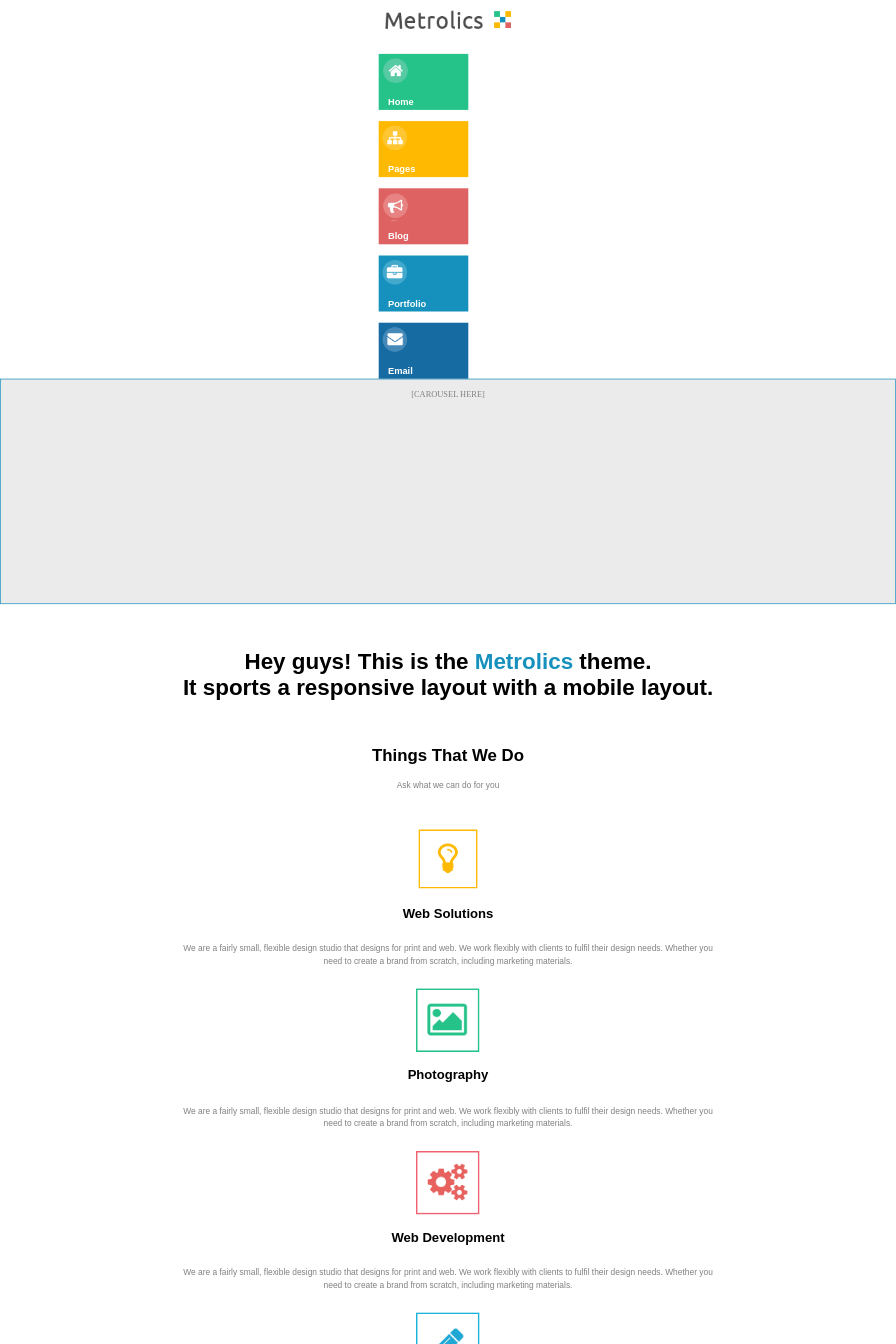
Repository: pjiang604/mdia2003-lab03b
Page: index.html
These files come from the project's save history. The page is drawn as it stood at one moment and after the next save; the edit follows.
The browser window is 1280 px wide. The pictures show the part of the page from y = 0 to 1920 px (the page is 4358 px tall), at 70% of full size.

Above is the page before, as saved 2023-02-05 03:17:39.

### index.html
<!DOCTYPE html>
<html lang="en">

<head>
    <meta charset="UTF-8">
    <meta http-equiv="X-UA-Compatible" content="IE=edge">
    <meta name="viewport" content="width=device-width, initial-scale=1.0">
    <title>Metrolics</title>
    <link rel="stylesheet" href="style.css">
    <link rel="preconnect" href="https://fonts.google.com/specimen/Ubuntu?query=ubuntu">
</head>

<body>
    <nav>
        <div class="nav row l-col-6-1 m-col-6-1 s-col-2-2">
            <div class="logoColumn">
                <img src="img/icons/logo.png" alt="logo" class="logo">
            </div>
            <a href="/">
                <div class="col navTab homeTab">
                    <img src="img/icons/home.png" class="navBarIcons">
                    <h5>Home</h5>
                </div>
            </a>
            <a href="/">
                <div class="col navTab pagesTab">
                    <img src="img/icons/pages.png" class="navBarIcons">
                    <h5> Pages</h5>
                </div>
            </a>
            <a href="/">
                <div class="col navTab blogTab">
                    <img src="img/icons/blog.png" class="navBarIcons">
                    <h5>Blog</h5>
                </div>
            </a>
            <a href="/">
                <div class="col navTab portfolioTab">
                    <img src="img/icons/portfolio.png" class="navBarIcons">
                    <h5>Portfolio</h5>
                </div>
            </a>
            <a href="/">
                <div class="col navTab emailTab">
                    <img src="img/icons/email.png" class="navBarIcons">
                    <h5>Email</h5>
                </div>
            </a>
            <div class="col hamburger">
                <p>[HAM MENU]</p>
            </div>
        </div>
    </nav>

    <div class="carousel ">
        <p>[CAROUSEL HERE]</p>
    </div>

    <main>
        <div class="tagLine">
            <h1>Hey guys! This is the <span class="metroColor">Metrolics</span> theme.<br> It sports a responsive layout
                with a mobile layout.</h1>
        </div>

        <div class="services-section">
            <div class="col headerMargin">
                <h2>Things That We Do</h2>
                <p>Ask what we can do for you</p>
            </div>
            <div class="row l-col-4-1 m-col-2-1 s-col-1-4">
                <div class="col card">
                    <img src="img/icons/lightbulb.PNG" class="serviceImg" alt="">
                    <h3>Web Solutions</h3>
                    <p>We are a fairly small, flexible design studio that designs for print and web. We work flexibly
                        with
                        clients to fulfil their design needs. Whether you need to create a brand from scratch, including
                        marketing materials.</p>
                </div>
                <div class="col card">
                    <img src="img/icons/photo.PNG" class="serviceImg" alt="">
                    <h3>Photography</h3>
                    <p>We are a fairly small, flexible design studio that designs for print and web. We work flexibly
                        with
                        clients to fulfil their design needs. Whether you need to create a brand from scratch, including
                        marketing materials.</p>

                </div>
                <div class="col card">
                    <img src="img/icons/gears.PNG" class="serviceImg" alt="">
                    <h3>Web Development</h3>
                    <p>We are a fairly small, flexible design studio that designs for print and web. We work flexibly
                        with
                        clients to fulfil their design needs. Whether you need to create a brand from scratch, including
                        marketing materials.</p>
                </div>
                <div class="col card">
                    <img src="img/icons/pencil.PNG" class="serviceImg" alt="">
                    <h3>Web Design</h3>
                    <p>We are a fairly small, flexible design studio that designs for print and web. We work flexibly
                        with
                        clients to fulfil their design needs. Whether you need to create a brand from scratch, including
                        marketing materials.</p>
                </div>
            </div>
        </div>
        <div class="recent-news headerMargin">
            <div class="col">
                <h2>What's up Lately?</h2>
                <p>Read up on our latest work</p>
            </div>
            <div class="row l-col-3-1 m-col-2-1 s-col-1-4">
                <div class="col">
                    <img src="img/content/pug.jpeg" class="image-post" alt="">
                </div>
                <div class="col">
                    <img src="img/content/cat.jpeg" class="image-post" alt="">
                </div>
                <div class="col">
                    <img src="img/content/pug.jpeg" class="image-post" alt="">
                </div>
                <div class="hidden-photo">
                    <img src="img/content/cat.jpeg" class="image-post" alt="">
                </div>
            </div>
        </div>
        <div class="latest-projects-section headerMargin">
            <div class="col">
                <h2>Our Latest Projects</h2>
                <p>Client happy? We are happy.</p>
            </div>
            <div class="row l-col-3-1 m-col-2-1 s-col-1-1">
                <div class="col">
                    <img src="img/content/cat.jpeg" class="image-post" alt="">
                </div>
                <div class="col">
                    <img src="img/content/pug.jpeg" class="image-post" alt="">
                </div>
                <div class="col">
                    <img src="img/content/cat.jpeg" class="image-post" alt="">
                </div>
                <div class="col">
                    <img src="img/content/pug.jpeg" class="image-post" alt="">
                </div>
                <div class="col">
                    <img src="img/content/cat.jpeg" class="image-post" alt="">
                </div>
                <div class="col">
                    <img src="img/content/pug.jpeg" class="image-post" alt="">
                </div>
            </div>
        </div>

        <div class="misc-section col headerMargin">
            <h2>Things of Above</h2>
            <p>Misc stuff we could not put anyplace else</p>
        </div>
        <div class="row accordion l-col-2-1 m-col-1-2 s-col-1-1">
            <div class="col">
                <p>[ACCORDION HERE]</p>
            </div>
            <div class="col">
                <p>[TABS HERE]</p>
            </div>
        </div>



        <div class="row companies l-col-5-1 m-col-5-1">
            <div class="company-col">
                <img src="img/logos/netbeanslogo.png" class="comp-logo" alt="">
            </div>
            <div class="company-col">
                <img src="img/logos/krita.png" class="comp-logo" alt="">
            </div>
            <div class="company-col">
                <img src="img/logos/scirra.png" class="comp-logo" alt="">
            </div>
            <div class="company-col">
                <img src="img/logos/blender.png" class="comp-logo" alt="">
            </div>
            <div class="company-col">
                <img src="img/logos/inkscape.png" class="comp-logo" alt="">
            </div>
        </div>
    </main>

    <footer>

        <div class="row l-col-2-4 m-col-2-4 s-col-2-1 author">
            <div class="headshot col">
                <img src="img/content/profilepic.jpeg" class="author-img" alt="">
            </div>
            <div class="about">
                <h4>Peewee Herman</h4>
                <p>Peewee has over 10 years expeience in the industry. He is our Creative Director, digital designer,
                    web designer and front-end developer. He is also pretty good with a sketch-book. Before starting the
                    company Peewee worked as a designer and studio manager for a design house who boasted a number of
                    big name clients.</p>
            </div>
        </div>

        <div class="footer-content row l-footer-grid m-row m-footer-grid">
            <div class="col about-socials">
                <h3 class="m-row-title">About Us</h3>
                <p class="m-row ">Lorem ipsum dolor sit amet consectetur adipisicing elit. Neque, illo! Deserunt quo
                    nostrum quaerat, cum dolores aut. Recusandae voluptates, nisi a explicabo, in autem vitae eius iste
                    temporibus dolorem corporis.</p>
                <div class="row social-icons l-col-5-1 m-col-5-1 s-col-5-1">
                    <img src="img/icons/facebook.png" class="social-img" alt="">
                    <img src="img/icons/g+.png" class="social-img" alt="">
                    <img src="img/icons/twitter.png" class="social-img" alt="">
                    <img src="img/icons/insta.svg" class="social-img" alt="">
                    <img src="img/icons/wifi.png" class="social-img" alt="">
                </div>
            </div>

            <div class="col flickr">
                <h3 class="flickr-photos">Flickr Photos</h3>
                <div class="row l-col-3-1 m-col-3-1">
                    <div class="col">
                        <img src="img/content/cat1.jpeg" class="flickr-img" alt="">
                    </div>
                    <div class="col">
                        <img src="img/content/cat2.jpeg" class="flickr-img" alt="">
                    </div>
                    <div class="col">
                        <img src="img/content/cat3.jpeg" class="flickr-img" alt="">
                    </div>
                    <div class="col">
                        <img src="img/content/cat2.jpeg" class="flickr-img" alt="">
                    </div>
                    <div class="col">
                        <img src="img/content/cat3.jpeg" class="flickr-img" alt="">
                    </div>
                    <div class="col">
                        <img src="img/content/cat1.jpeg" class="flickr-img" alt="">
                    </div>
                </div>
            </div>

            <div class="row live-social m-col">
                <div>
                    <h3 class="recent-tweets">Recent Tweets</h3>
                </div>
                <div>
                    <img src="img/content/tweet.webp" class="tweet-img" alt="">
                </div>
                <div>
                    <img src="img/content/tweet.webp" class="tweet-img" alt="">
                </div>
            </div>

            <div class="col newsletter">
                <div class="row m-col-1-1">
                    <h3 class="newsletter-title">Newsletter</h3>
                    <div class="col">
                        <p>Lorem ipsum, dolor sit amet consectetur adipisicing elit. Quam, iusto provident labore quos
                            ipsa
                            voluptas.</p>
                    </div>
                    <div class="col form">
                        <form action="">
                            <input type="email" id="email" placeholder="Enter your email...">
                            <button type="submit" class="news-btn"><img src="img/icons/paper-airplane.png"
                                    class="airplane-img" alt=""></button>
                        </form>
                    </div>

                </div>
            </div>
        </div>

        <div class="footer-decor">
            <div class="decor decor-green"></div>
            <div class="decor decor-yellow"></div>
            <div class="decor decor-red"></div>
            <div class="decor decor-l-blue"></div>
            <div class="decor decor-d-blue"></div>
        </div>

    </footer>

</body>



</html>

### style.css
:root {
    --green: #25c389;
    --yellow: #ffb901;
    --red: #de6262;
    --lightBlue: #1691bd;
    --darkBlue: #166ba2;
    --navy: #16242f;

    --padding-d: 0 20vw;
    --gap-d: 2em;

}



html {
    height: 100vh;
    width: 100vw;

}

body {
    width: 100vw;
    margin: 0;
}


.headerMargin {
    margin: 3em 0;
}

nav,
main {
    font-family: Ubuntu, sans-serif;
    font-weight: 300;
    text-decoration: none;
    text-align: center;
    justify-content: center;
    padding: var(--padding-d);
}



p {
    font-size: 12px;
    color: grey;
    line-height: 1.5em;
}

a {
    text-decoration: none;
}

.row {
    display: grid;
    row-gap: 1rem;
}

.col {
    position: relative;
}

/*Nav Bar*/

nav {
    display: flex;
    justify-content: center;
}

.hamburger {
    display: none;
}

.menu {
    display: none;
}

.display {
    background: lightgray;
    padding: 2em;
    line-height: 2em;
    display: contents;
}

.display>ul {
    list-style-type: none;
    text-align: right;
}

.logo {
    object-fit: contain;
}

.navTab>h5 {
    color: white;
    position: absolute;
    padding: 1em;
    margin: 0;
}

.navBarIcons {
    display: flex;
    justify-content: center;
    align-items: center;
    width: 3em;
    height: 3em;
}

.navBarIcons img {
    width: 10em;
    height: 20em;
    object-fit: cover;
}

.navTab {
    height: 5em;
    width: 8em;

}

.homeTab {
    background-color: var(--green);
}

.pagesTab {
    background-color: var(--yellow);
}

.blogTab {
    background-color: var(--red);
}

.portfolioTab {
    background-color: var(--lightBlue);
}

.emailTab {
    background-color: var(--darkBlue);
}

/*Carousel*/

.carousel {
    text-align: center;
    height: 20em;
    border: 1px solid var(--lightBlue);
    background-color: #ebebeb;
}

.carouselPicture img {
    object-fit: cover;
    width: 50em;
    height: 50em;
}

.carouselPicture {
    width: 50vw;
    height: 20vw;
    display: flex;
    align-items: center;
}

/*Tag Line*/
.tagLine {
    margin: 4em 0;
}

.metroColor {
    color: var(--lightBlue);
}

/*Services Section*/

.serviceImg {
    height: 6em;
    width: 6em;
    object-fit: cover;
}

.serviceCard {
    display: flex;
    gap: var(--gap-d);

}

.card {
    display: flex;
    flex-direction: column;
    align-items: center;
}

/*Recent News*/

.recent-news-posts {
    display: flex;
    gap: var(--gap-d);
    padding-bottom: 3em;
    border-bottom: 1px solid lightgray;
    position: relative;

}

.recent-news-posts::after {
    content: " ";
    display: block;
    position: absolute;
    width: 31%;
    top: 14.88em;
    height: 0;
    border-top: 4px solid var(--lightBlue);
}

.image-post {
    width: 100%;
    height: 12em;
    object-fit: cover;

}

/*Latest Projects*/
.latest-projects-posts {
    display: flex;

}



/*Accordion*/
.accordion-section {
    display: flex;
}

.accordion,
.tabs {
    width: 100%;
    height: 20em;
    border: 1px solid var(--lightBlue);
}

/*Companies*/
.companies {
    display: flex;
    flex-direction: row;
    margin-top: 4em;
    margin-bottom: 4em;
    justify-content: center;
    gap: 1em;
}

.comp-logo {
    width: 100%;
    height: 4em;
    object-fit: contain;
}

.company-col {
    background-color: #ebebeb;
}

/*FOOTER*/

footer {
    background: var(--navy);
    color: white;
    font-family: Ubuntu, sans-serif;
    font-weight: 300;
    text-decoration: none;
    padding: var(--padding-d);
    padding-top: 2em;
}

.flickr>h3 {
    max-width: 30rem;
    border-bottom: 0.1em solid var(--yellow);
    position: relative;
    padding-bottom: .8em;
}

.flickr>h3::after {
    content: " ";
    display: block;
    position: absolute;
    left: 1rem;
    top: 2em;
    width: 0;
    height: 0;
    border-left: 6px solid transparent;
    border-right: 6px solid transparent;
    border-top: 8px solid var(--yellow);
}

.about-socials>h3 {
    border-bottom: 0.1em solid var(--green);
    position: relative;
    padding-bottom: .8em;
    max-width: 30rem;
}

.about-socials>h3::after {
    content: " ";
    display: block;
    position: absolute;
    left: 1rem;
    top: 2em;
    width: 0;
    height: 0;
    border-left: 6px solid transparent;
    border-right: 6px solid transparent;
    border-top: 8px solid var(--green);
}

.live-social>h3 {
    border-bottom: 0.1em solid var(--red);
    padding-bottom: 0.75em;
    position: relative;
    padding-bottom: .8em;
    max-width: 30rem;
}

.live-social>h3::after {
    content: " ";
    display: block;
    position: absolute;
    left: 1rem;
    top: 2em;
    width: 0;
    height: 0;
    border-left: 6px solid transparent;
    border-right: 6px solid transparent;
    border-top: 8px solid var(--red);
}

.newsletter>h3 {
    border-bottom: 0.1em solid var(--lightBlue);
    padding-bottom: 0.75em;
    position: relative;
    padding-bottom: .8em;
    max-width: 30rem;
}

.newsletter>h3::after {
    content: " ";
    display: block;
    position: absolute;
    left: 1rem;
    top: 2em;
    width: 0;
    height: 0;
    border-left: 6px solid transparent;
    border-right: 6px solid transparent;
    border-top: 8px solid var(--lightBlue);
}


.footer-content {
    display: flex;
    gap: 1em;
    padding-bottom: 4em;
}

footer p {
    color: white;
}

.headshot {
    display: flex;
    justify-content: center;
    padding-top: 1em;
}

.author {
    display: flex;
    gap: 2em
}

.author-img {
    width: 5em;
    height: 5em;
    object-fit: cover;
    border-radius: 100%;
}

.news-btn:hover {
    cursor: pointer;
    background-color: white;
}

.flickr-img {
    width: 4em;
    height: 4em;
    object-fit: cover;
}

.social-img {
    width: 2em;
}


.tweet-img {
    width: 100%;
    height: 5em;
    object-fit: cover;
}

.live-social {
    gap: 1em;
}

form {
    width: 100%;
    display: flex;
    align-content: center;
    gap: 0.5em;
}

#email {
    background-color: var(--red);
    border: none;
    height: 2.2em;
    color: white;
    padding: 0.25em;
    flex-grow: 1;

}

::placeholder {
    color: white;
}

.news-btn {
    background-color: var(--yellow);
    border: none;
    padding: .5em;
}

.airplane-img {
    height: 1em;
    width: 1em;
    object-fit: cover;
    padding: 0.25em;
}

.about-socials,
.flickr,
.live-social,
.newsletter {
    width: 25%;
}

.footer-decor {
    grid-template-columns: 3fr 1fr 1fr 1fr 1fr 1fr;
    margin-top: 2em;
    display: flex;
    justify-content: right;
}

.decor {
    width: 6em;
    height: 1.5em;
}

.decor-green {
    background-color: var(--green);
}

.decor-yellow {
    background-color: var(--yellow);
}

.decor-red {
    background-color: var(--red);
}

.decor-l-blue {
    background-color: var(--lightBlue);
}

.decor-d-blue {
    background-color: var(--darkBlue);
}

/** small/mobile version */
@media screen and (max-width:29.9375em) {

    .navTab,
    .flickr,
    .newsletter,
    .companies,
    .misc-section,
    .accordion-section,
    .about-socials>h3,
    .about-socials>p,
    .carousel {
        display: none;
    }

    h4 {
        margin-bottom: 0;
    }


    nav {
        display: flex;
        justify-content: space-between;
        align-items: center;

    }

    .serviceCard{
        flex-direction: column;
    }

    .recent-news-posts{
        flex-direction: column;
    }

    .recent-news-posts::after {
        width: 50%;
        top: 56.3em;
    }

    .logo {
        width: 100%;
    }

    .hamburger {
        display: contents;
    }

    .ham-img {
        height: 3em;
        object-fit: cover;
        margin-right: 2em;
    }

    .logoColumn {
        align-content: center;
        margin-top: 0;
    }

    .author-img {
        height: 7.5em;
        width: 7.5em;
    }

    .row {
        max-width: 70em;
        column-gap: .5rem;
        row-gap: 1.5rem;
        margin: 0 auto;
    }

    .social-img {
        width: 3em;
    }


    .social-icons {
        display: flex;
        gap: 0.5em;
        align-items:center;
        margin-top:0.2em;
    }

    .footer-content {
        display: flex;
        flex-direction: column;
    }

    .live-social {
        margin: 2em 0;
        width: 100%;
        display: flex;
        flex-direction: column;
    }

    .tweet-img {
        width: 15em;
        height: 5em;
        object-fit: cover;
        margin:auto;
    }

    footer {
        padding: 2em 3em 0em;
        margin-top: 2em;
    }

    .s-col-1-1 {
        grid-template-columns: 1fr;
    }

    .hidden-photo {
        display: content;
    }

    .accordion {
        display: none;
    }
}

/** medium only */
@media screen and (min-width:30em) and (max-width:63.9375em) {

    .navTab {
        height: 5em;
        width: 5em;
    }

    .logo {
        width: 100%;
    }

    .serviceCard{
        display:grid;
    }

    .recent-news-posts{
        display: grid;
    }

    .recent-news-posts::after {
        width: 50%;
        top: 29.35em;
    }

    .accordion-section{
        flex-direction: column;
        gap: 1em;
    }


    .footer-content {
        display: grid;
    }

    .about-socials,
    .flickr,
    .live-social,
    .newsletter {
        width: 100%;
    }

    .decor {
        width: 3em;
        height: 1em;
    }

    .m-footer-grid {
        grid-template-columns: repeat(2, 1fr);
    }

    .companies {
        display: flex;
    }

    .comp-logo {
        object-fit: contain;
        height:2em;
        margin-top:0.25em;

    }

    .m-row {
        display: grid;
        row-gap: 1rem;
    }

    .m-col-2-1 {
        grid-template-columns: repeat(2, 1fr);
        column-gap: 1rem;
    }

    .hidden-photo {
        display: content;
    }

}

/** large only */
@media screen and (min-width:64em) {

    .l-col-3-1 {
        grid-template-columns: repeat(3, 1fr);
        column-gap: 1rem;
    }

    .hidden-photo {
        display: none;
    }

}

After the next save:
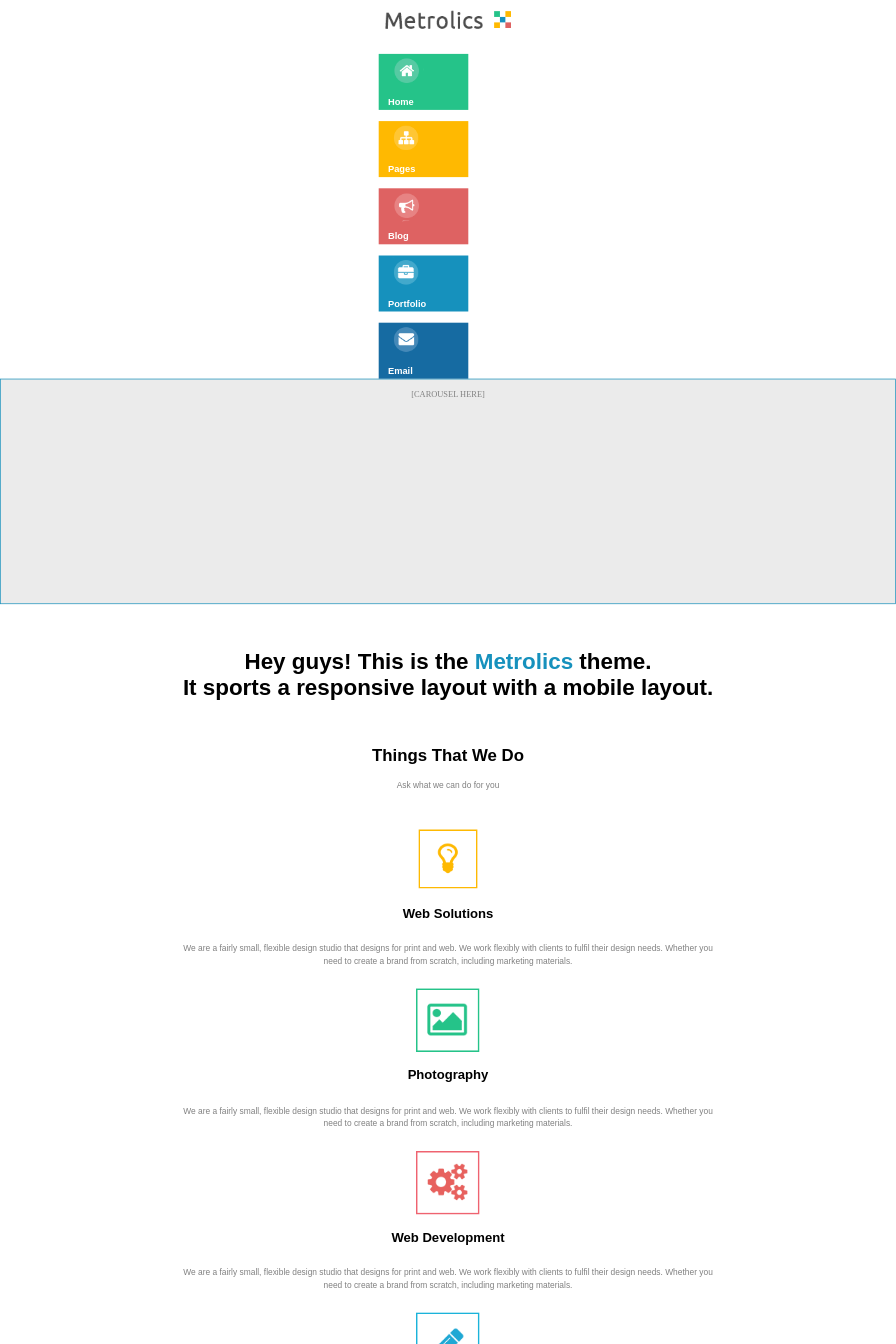
Saved 30 s later.
--- a/style.css
+++ b/style.css
@@ -103,6 +103,7 @@ nav {
     justify-content: center;
     align-items: center;
     width: 3em;
+    margin-left:1em;
     height: 3em;
 }
 
